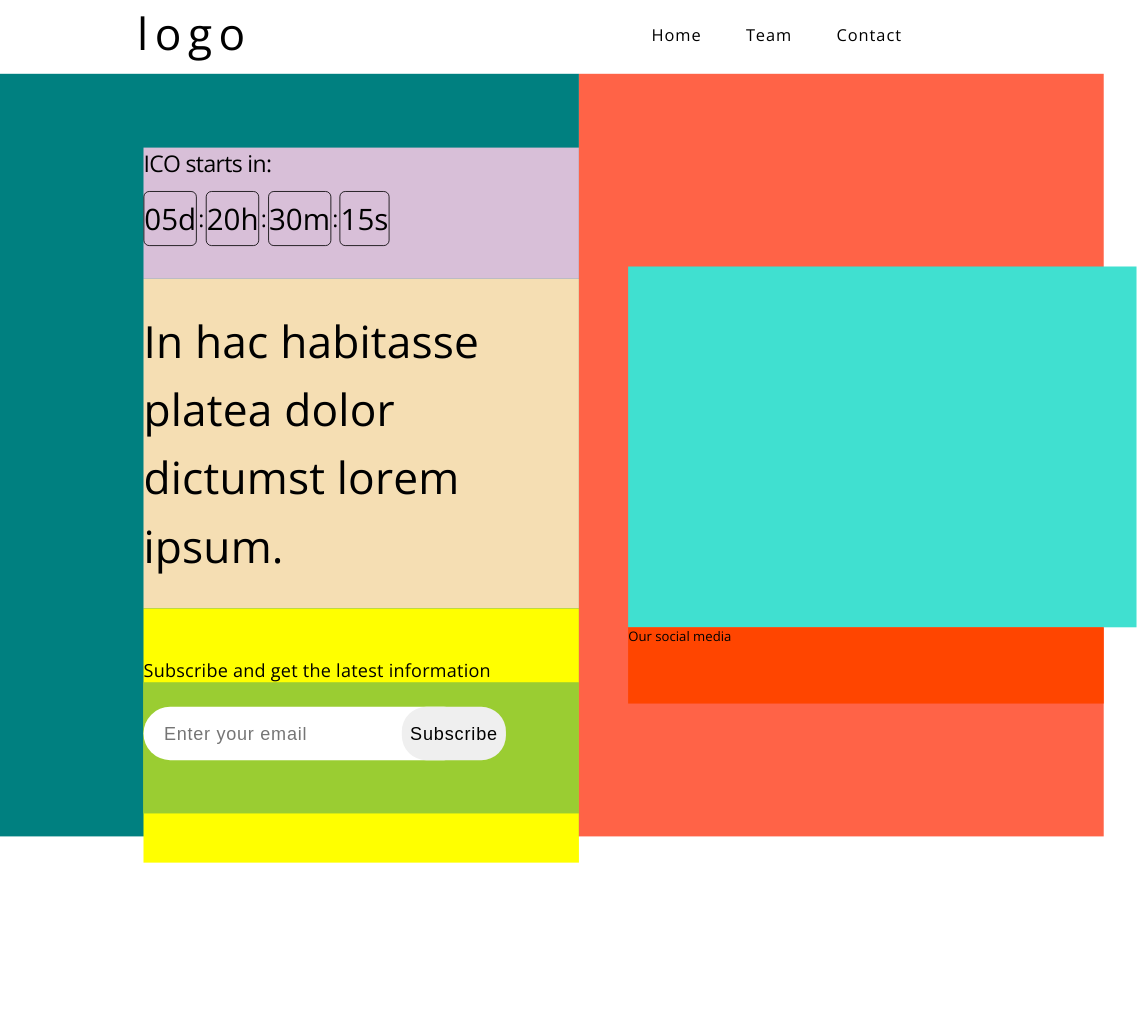
Repository: McGregorSt/newOne
Page: index.html
These files come from the project's save history. The page is drawn as it stood at one moment and after a run of saves; the edit follows.
The browser window is 1280 px wide. The page is 1386 px wide, so the pictures cover 1386 px, including what lies to the right of the window. The pictures show the whole page, at 82% of full size.

Above is the page before, as saved 2019-12-13 18:55:16.

After the next 2 saves:
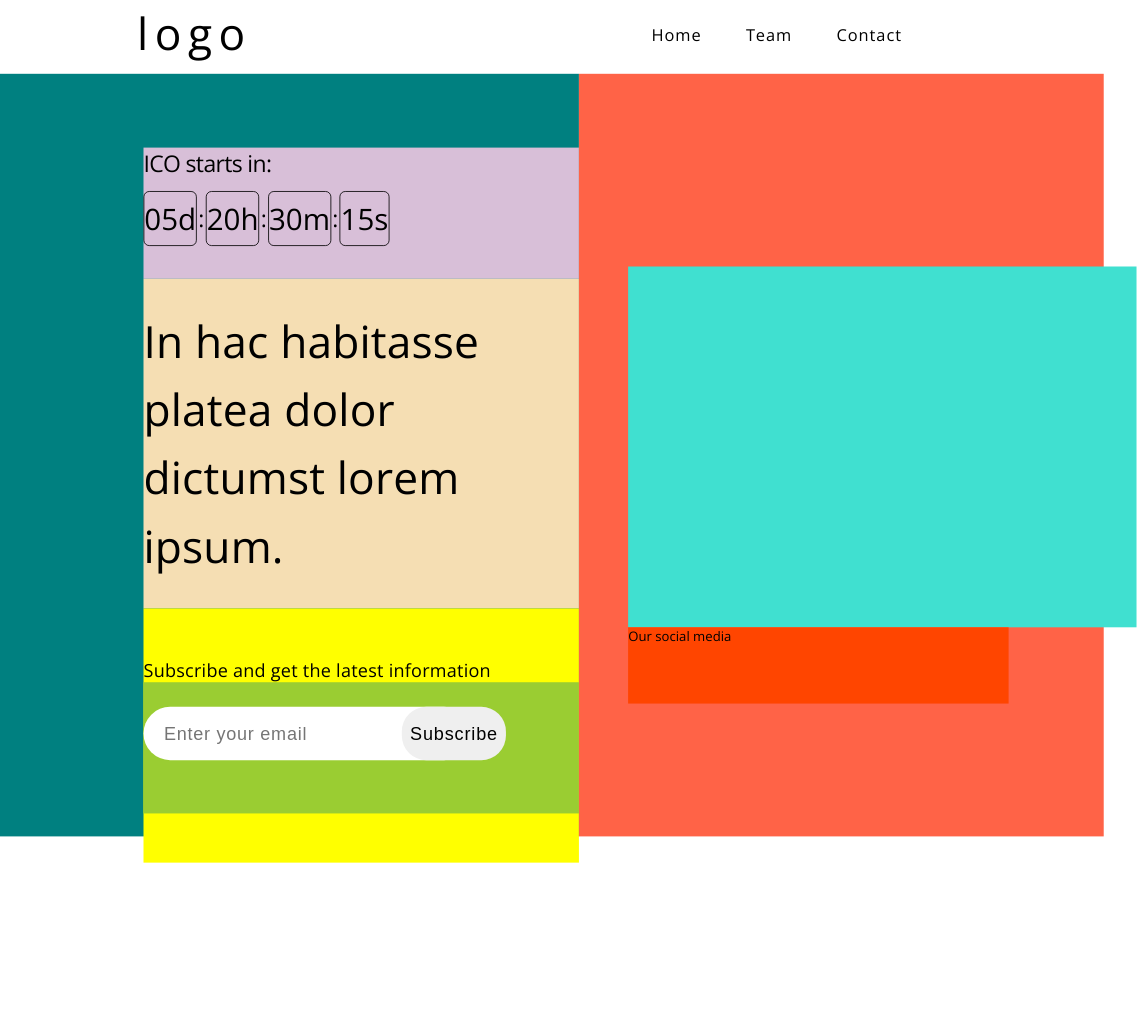
The 2 saves are shown as one change because they came seconds apart.
The last was saved 9 s later.
--- a/css/style.css
+++ b/css/style.css
@@ -137,7 +137,7 @@ body {
   background-color: turquoise;
 }
 .media__social {
-  /* width: 70%; */
+  width: 80%;
   height: 10%;
   background-color: orangered;
 }
